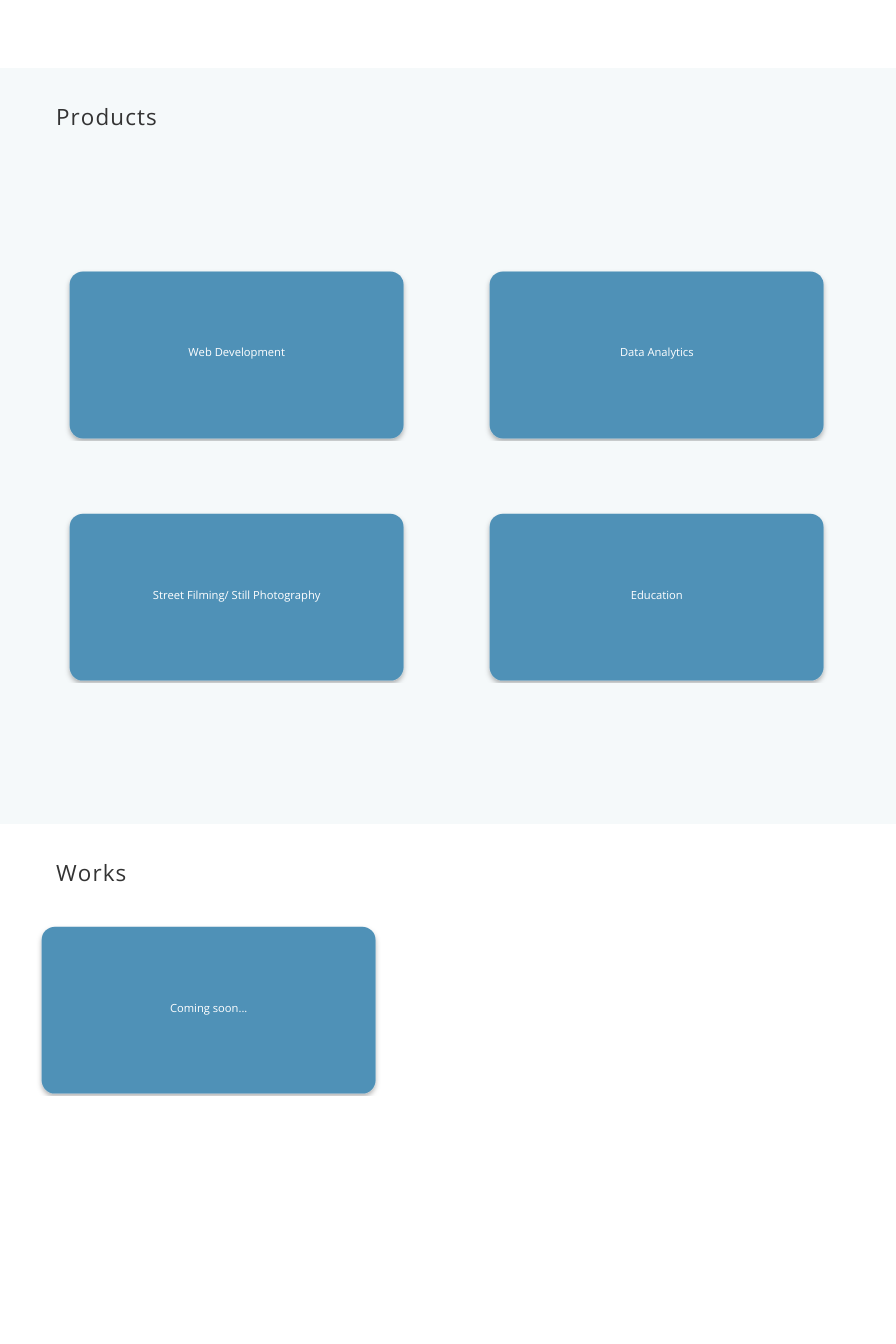
Repository: AirDepot/web
Page: index.html
The author's editor kept a copy of each file at every save. The page is drawn from the files as they stood at one save, then again after the next save.
The browser window is 1280 px wide. The pictures show the part of the page from y = 2063 to 3983 px (the page is 6592 px tall), at 70% of full size.

Above is the page before, as saved 2020-02-12 00:00:33.

### index.html
<!DOCTYPE html>
<html lang="ja">
    <head>
        <meta charset="UTF-8">
        <link href="https://fonts.googleapis.com/css?family=Open+Sans:100,300,400,600" rel="stylesheet" type="text/css">
        <link href="http://code.ionicframework.com/ionicons/2.0.1/css/ionicons.min.css" rel="stylesheet" type="text/css">
        <link type="text/css" rel="stylesheet" href="./assets/css/common.css">
        <title>KustomApe</title>
        <meta name=”keywords” content="Python, Web, 映像, 教材, 開発">
        <meta name=”description” content=”Pythonを使ったプロダクト開発のKustomApe。車業界、ストリート映像を軸としたプロダクトDevelopmentユニット。Web開発、データクローリング、映像・写真、プログラミングの教材開発を行っています。”>
    </head>
    <body>
        <div id="wrap">
            <div id="home">
                <header id="header">
                    <h1 id="logo"><a href="#home"><img src="./assets/img/main_logo.svg" alt="KustomApe"></a></h1>
                    <nav id="nav">
                        <ul id="navigations">
                            <li><a href="#about">About</a></li>
                            <li><a href="#products">Products</a></li>
                            <li><a href="#works">Works</a></li>
                            <li><a href="#hackers">Developers</a></li>
                            <li><a href="#contact">Contact</a></li>
                        </ul>
                    </nav>
                </header>
                <div id="header_contents">
                    <p id="ape_icon"><img src="./assets/img/ape_icon.svg" alt="Apeのアイコン画像"></p>
                    <h2 id="concept">Verbalize, makes the best Product.</h2>
                </div>
            </div>
            <div id="about">
                <h3 class="section_titles">About</h3>
                <p id="about_kustomape">KustomApe(カスタムエイプ)はWebをはじめとする車業界、ストリート映像を軸としたDevelopmentユニットです。<br />
                好きを言語化して、プロダクトにすることを得意としています。<br />
                また、自分の生き方の選択肢を広げるため、プログラミング・英語・映像を軸とした教材開発も行っています。<br />
                部品輸入・アパレル輸入・アパレルデザインなども個人に特化した形で提供しております。<br />
                詳しくはProductsをご覧ください。</p>
            </div>
            <div id="products">
                <h3 class="section_titles">Products</h3>
                <section id="box_master">
                    <p class="box">Web Development</p>
                    <p class="box">Data Analytics</p>
                    <p class="box">Street Filming/ Still Photography</p>
                    <p class="box">Education</p>
                </section>
            </div>
            <div id="works">
                <h3 class="section_titles">Works</h3>
                <p class="box unlaunched">Coming soon...</p>
            </div>
            <div id="developers">
                <h3 class="section_titles">Developers</h3>

            </div>
            <div id="contact">
                <h3 class="section_titles">Contact</h3>

            </div>
            <footer id="footer">
                <small>Copyright &copy; 2020 KustomApe All Rights Reserved.</small>
            </footer>
        </div>
    </body>
</html>

### assets/css/common.css
/**********************************************
*** GENERAL
**********************************************/

* {
    margin: 0;
    padding: 0;
    box-sizing: border-box;
}

.clearfix::after {
    content: "";
    display: table;
    clear: both;
}

html {
    overflow: auto;
}

body {
    color: #333;
    font-family: Open Sans, Arial, Helvetica, sans-serif;
    overflow: hidden;
}

ul {
    list-style: none;
}

a {
    text-decoration: none;
}

div#wrap {
    width: 100%;
    margin-top: -3rem;
}

div#home {
    width: 100%;
    height: 1080px;
    background-image: url(../img/wrap_bg.svg);
    background-position: center top;
    background-repeat: no-repeat;
    background-size: cover;
}

header#header {
    width: 100%;
    height: 150px;
    margin-left: 5rem;
}

header#header h1#logo {
    width: 500px;
    margin-top: 3rem;
}

h1#logo img {
    margin-top: 3rem;
    width: 350px;
}

nav#nav {
    margin-top: -4rem;
}

nav#nav ul#navigations {
    display: flex;
    justify-content: center;
    align-items: center;
    list-style: none;
    margin-left: 43rem;
}

nav#nav ul#navigations li {
    padding-right: 3.5rem;
}

nav#nav ul#navigations li a {
    color: #fff;
}

div#header_contents {
    display: inline-flex;
    margin-left: 5rem;
    padding: 15rem 0;
}

div#header_contents h2#concept {
    padding: 4.5rem 1rem;
    letter-spacing: 0.1rem;
    font-weight: 100;
    font-size: 1.5rem;
}

div#header_contents p#ape_icon img {
    width: 200px;
}

h3.section_titles {
    font-size: 2rem;
    font-weight: 500;
    padding-top: 3rem;
    margin-left: 5rem;
    letter-spacing: 0.1rem;
}

div#about {
    width: 100%;
    height: 1080px;
}

div#about p#about_kustomape {
    padding-top: 9rem;
    margin-left: 5rem;
    font-size: 1rem;
    letter-spacing: 0.1rem;
    line-height: 5rem;
}

div#products {
    width: 100%;
    height: 1080px;
    background: #F5F9FA;
}

section#box_master {
    display: block;
    width: 1200px;
    margin: 0 auto;
    margin-top: 9rem;
}

p.box {
    display: inline-block;
    background-image: url(../img/box_bg.svg);
    background-position: center top;
    background-repeat: no-repeat;
    background-size: cover;
    width: 500px;
    height: 250px;
    color: #fff;
    text-align: center;
    padding: 7rem 0;
    margin: 3rem;

}

div#works {
    width: 100%;
    height: 1080px;
}

div#developers {
    width: 100%;
    height: 1080px;
    background: #F5F9FA;
}

div#contact {
    width: 100%;
    height: 1080px;
}

footer#footer {
    width: 100%;
    height: 7rem;
    background: #285E7F;
}

footer#footer small {
    display: block;
    text-align: center;
    color: #fff;
    padding: 3rem 0;
}

After the next save:
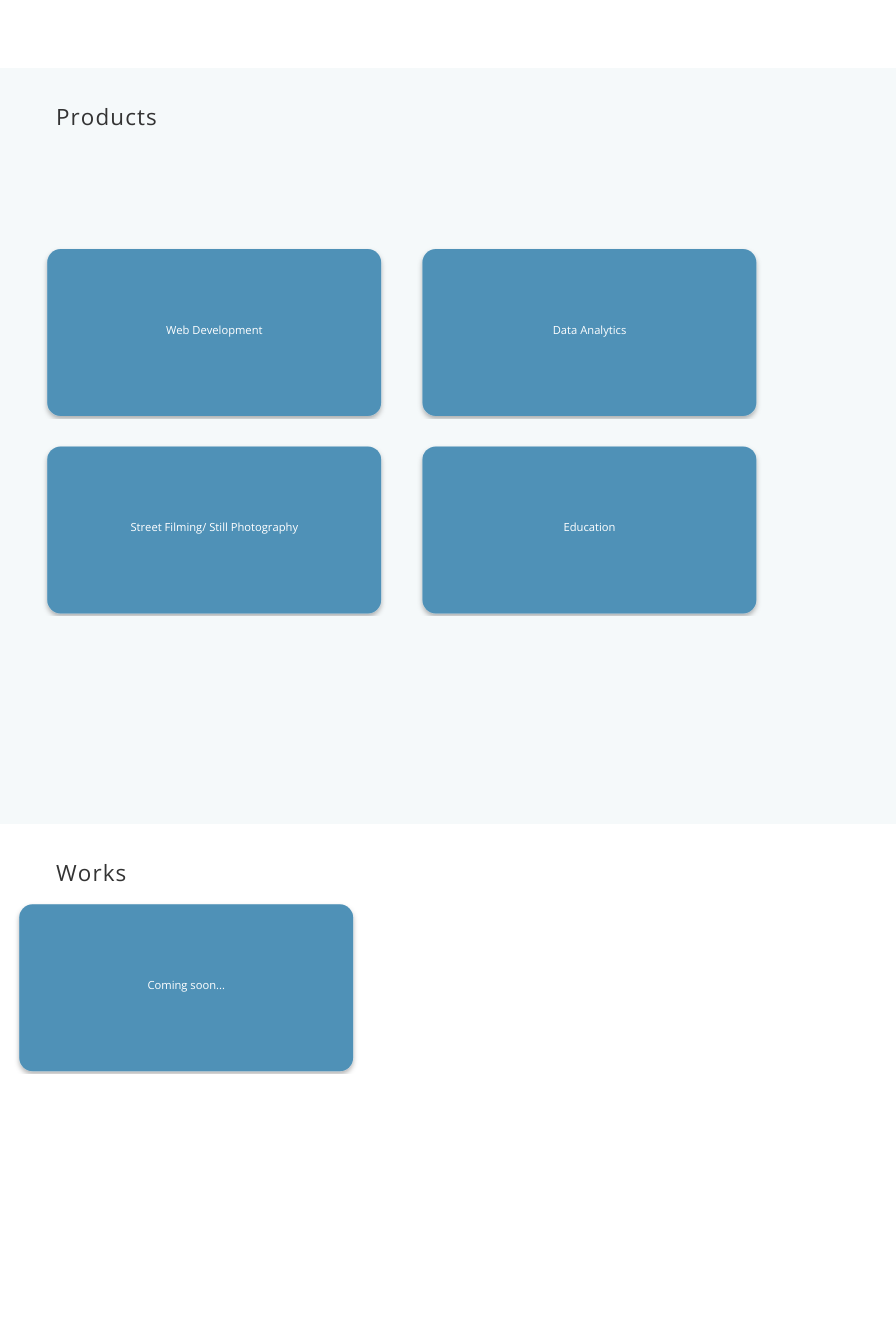
Saved 4 s later.
--- a/assets/css/common.css
+++ b/assets/css/common.css
@@ -144,7 +144,7 @@ p.box {
     color: #fff;
     text-align: center;
     padding: 7rem 0;
-    margin: 3rem;
+    margin: 1rem;
 
 }
 
